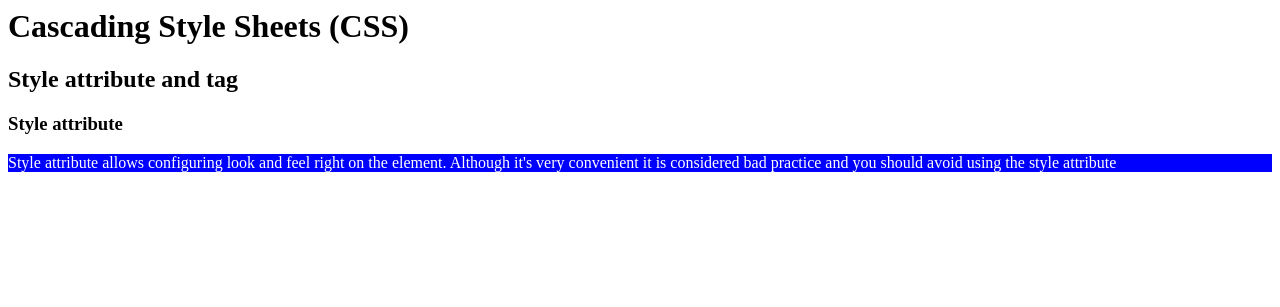
Repository: yuqiant/kanbas-react-web-app
Page: public/labs/a2/index.html
An editor plug-in stored every save of this project. The page is shown before and after the next save, followed by the edit.
The browser window is 1280 px wide. The pictures show the whole page.

Above is the page before, as saved 2023-10-01 19:23:54.

### public/labs/a2/index.html
<html>

<head>

    <head>

    <body>
        <h1>Cascading Style Sheets (CSS)</h1>
        <h2>Style attribute and tag</h2>
        <h3>Style attribute</h3>
        <p style="background-color: blue; color: white">
            Style attribute allows configuring look and feel right on the element. Although it's very convenient it is
            considered bad practice and you should avoid using the style attribute
        </p>
    </body>




</html>

<head>
    <style>
        p {
            background-color: blue;
            color: white;
        }
    </style>
</head>

After the next save:
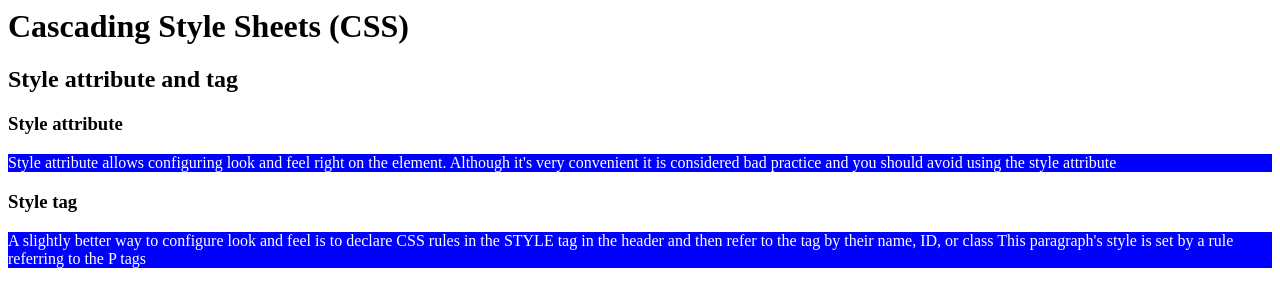
Saved 38 s later.
--- a/public/labs/a2/index.html
+++ b/public/labs/a2/index.html
@@ -27,3 +27,12 @@
         }
     </style>
 </head>
+
+<h3>Style tag</h3>
+<p>
+    A slightly better way to configure look and feel
+    is to declare CSS rules in the STYLE tag in the
+    header and then refer to the tag by their name,
+    ID, or class This paragraph's style is set by a
+    rule referring to the P tags
+</p>
